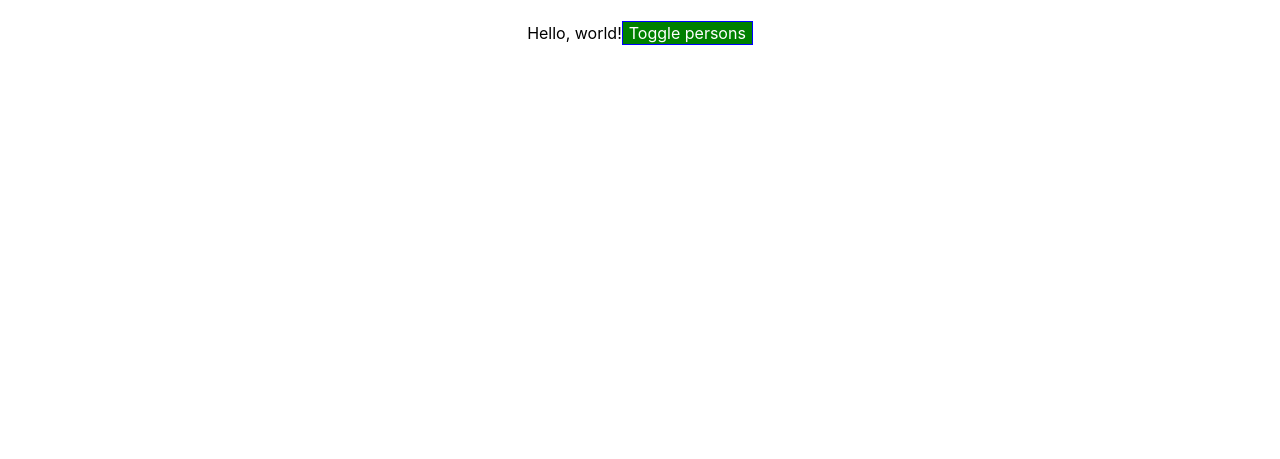
Repository: LironBlum/reactFirstApp
Page: /
The author's editor kept a copy of each file at every save. The page is drawn from the files as they stood at one save, then again after the next save.
The browser window is 1280 px wide. The pictures show the whole page.
The project was rebuilt for these pictures with package versions that can differ from the ones it lists, and the page was loaded fresh each time. Also part of the build but not shown: src/components/ErrorBoundary/ErrorBoundary.jsx.

Above is the page before, as saved 2020-09-24 10:05:48.

### src/index.js
import React from 'react';
import ReactDOM from 'react-dom';
import './index.css';
import App from './containers/App';
import * as serviceWorker from './serviceWorker';

ReactDOM.render(
  <React.StrictMode>
    <App appTitle='Person manager' />
  </React.StrictMode>,
  document.getElementById('root')
);

// If you want your app to work offline and load faster, you can change
// unregister() to register() below. Note this comes with some pitfalls.
// Learn more about service workers: https://bit.ly/CRA-PWA
serviceWorker.unregister();

### src/containers/App.js
import React, { Component } from 'react';
import Persons from '../components/Persons/Persons';
import './App.css';
import Cockpit from '../components/Cockpit/Cockpit';
import withClass from '../hoc/WithClass';

class App extends Component {
  state = {
    persons: [
      { id: '1', name: 'Joana', age: 22 },
      { id: '2', name: 'Joan', age: 18 },
      { id: '3', name: 'Jo', age: 15 },
    ],
    isShowPersons: true,
    changeCounter: 0
  }

  // Two way binding example
  handleNameChangeByClick = (newName) => {
    console.log("handleNameChangeByClick executed");
    this.setState({
      persons: [{ id: '1', name: newName, age: 22 },
      { id: '2', name: newName, age: 18 },
      { id: '3', name: newName, age: 15 }]
    })
  }

  handleNameChange = (event, id) => {
    console.log("handleNameChange executed");
    const person_index = this.state.persons.findIndex(person => {
      return person.id === id;
    });

    const chosen_person = {
      ...this.state.persons[person_index] //create new object and not mutate the state directly
    };

    chosen_person.name = event.target.value;
    const persons = [...this.state.persons];
    persons[person_index] = chosen_person;

    this.setState((prevState, props) => {
      return {
        persons: persons,
        changeCounter: prevState.changeCounter + 1
      }
    })
  }
  togglePersonsHandler = (event, id) => {
    console.log("togglePersonsHandler executed");
    const is_show = this.state.isShowPersons;
    this.setState({ isShowPersons: !is_show });
  }

  deletePersonHandler = (persons_index) => {
    console.log("deletePersonHandler executed")
    const persons = [...this.state.persons];
    persons.splice(persons_index, 1);
    this.setState({ persons: persons });
  }

  render() {
    let persons = null;
    if (this.state.isShowPersons) {
      persons = (
        <div>
          <Persons
            persons={this.state.persons}
            clicked={this.deletePersonHandler}
            changed={this.handleNameChange} />
        </div>
      );
    }

    return (
      <div className="App">
        <Cockpit
          title={this.props.appTitle}
          persons={this.state.persons}
          isShowPersons={this.state.isShowPersons}
          clicked={this.togglePersonsHandler}
        />
        {persons}
      </div>
    );
  }
}

export default withClass(App, App.className);

### src/components/Persons/Persons.jsx
import React from "react";
import ErrorBoundary from "./../ErrorBoundary/ErrorBoundary";
import Person from "./Person/Person";

const persons = props =>
  props.persons.map((person, index) => {
    return (
      <ErrorBoundary key={person.id}>
        <Person
          click={() => props.clicked(index)}
          name={person.name}
          age={person.age}
          changed={event => props.changed(event, person.id)}
        />
      </ErrorBoundary>
    );
  });

export default persons;

### src/components/Cockpit/Cockpit.jsx
import React, { useRef, useEffect } from "react";
import styled from "styled-components";

const StyledButten = styled.button`
  background-color: ${props => (props.alt ? "red" : "green")};
  color: white;
  font: inherit;
  border: 1px solid blue;
  padings: 8px;
  cursor: pointer;

  &:hover {
    background-color: lightgreen;
    color: black;
  }
`;
const Cockpit = props => {
  const toggleBtnRef = useRef(null);
  useEffect(() => {
    toggleBtnRef.current.click(); //click the btn on mount
  }, []);
  const classes = [];
  if (props.persons.length <= 2) {
    classes.push("red");
  }
  if (props.persons.length <= 1) {
    classes.push("bold");
  }
  return (
    <div>
      <h1>{props.title}</h1>
      <p1 className={classes.join(" ")}>Hello, world!</p1>
      <StyledButten
        ref={toggleBtnRef}
        alt={props.isShowPersons}
        onClick={props.clicked}
      >
        Toggle persons
      </StyledButten>
    </div>
  );
};
export default Cockpit;

### src/hoc/WithClass.jsx
import React from "react";

const withclass = (WrappedComponent, className) => {
  return props => (
    <div className={className}>
      <WrappedComponent></WrappedComponent>
    </div>
  );
};

export default withclass;

### src/components/Persons/Person/Person.jsx
import React from "react";
//import "./Person.css";
import styled from "styled-components";
import propTypes from "prop-types";

const StyledDiv = styled.div`
  width: 60%;
  margin: 16px auto;
  border: 1px solid #eee;
  box-shadow: 0 2px 3px #ccc;
  padding: 16px;
  text-align: center;
  background-color: pink;

  @media (min-width: 50px) {
    width: 450px;
  }
`;

const person = props => {
  return (
    //allows multi lines
    //<div className="Person" style={style}>
    <StyledDiv>
      <p onClick={props.click}>
        Im {props.name}, Im {props.age}. random number: {Math.random()}
      </p>
      <p>{props.children}</p>
      <input type="text" onChange={props.changed} value={props.name} />
    </StyledDiv>
  ); //random number: example for inserting one line expression with {}
};

person.propTypes = {
  click: propTypes.func,
  age: propTypes.number
};

export default person;

Loaded but not shown: public/index.html (common file); src/index.css (common file); src/serviceWorker.js (common file); src/containers/App.css (common file)

After the next save:
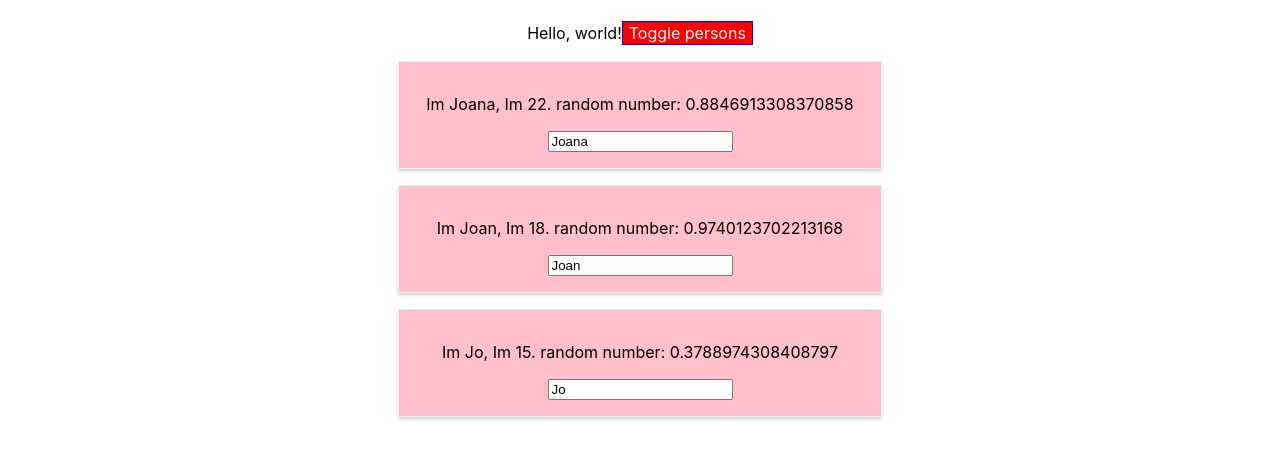
Saved 5 s later.
--- a/src/components/Cockpit/Cockpit.jsx
+++ b/src/components/Cockpit/Cockpit.jsx
@@ -17,7 +17,7 @@
 const Cockpit = props => {
   const toggleBtnRef = useRef(null);
   useEffect(() => {
-    toggleBtnRef.current.click(); //click the btn on mount
+    //toggleBtnRef.current.click(); //click the btn on mount
   }, []);
   const classes = [];
   if (props.persons.length <= 2) {

After the save that followed:
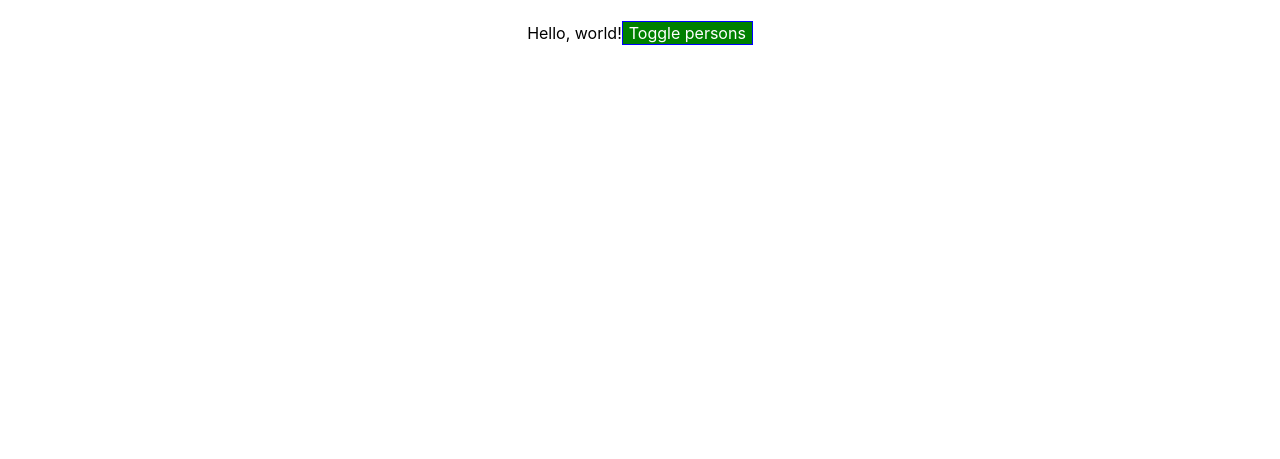
Saved 8 s later.
--- a/src/components/Cockpit/Cockpit.jsx
+++ b/src/components/Cockpit/Cockpit.jsx
@@ -17,7 +17,7 @@
 const Cockpit = props => {
   const toggleBtnRef = useRef(null);
   useEffect(() => {
-    //toggleBtnRef.current.click(); //click the btn on mount
+    toggleBtnRef.current.click(); //click the btn on mount
   }, []);
   const classes = [];
   if (props.persons.length <= 2) {
